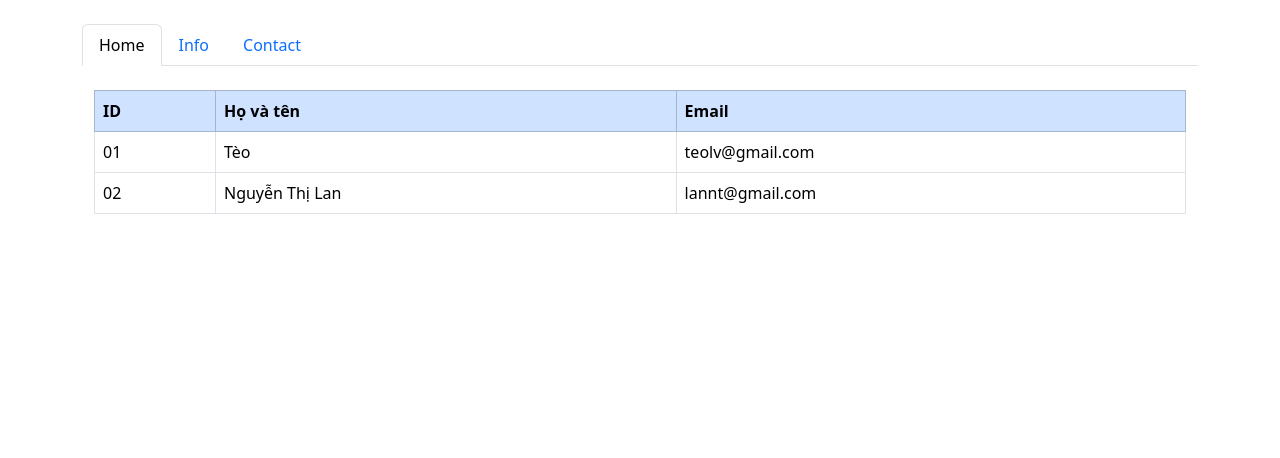
Repository: KizukoHeiwa/SOF308
Page: SOF308Slide2/Tabs copy.html
An editor plug-in stored every save of this project. The page is shown before and after the next save, followed by the edit.
The browser window is 1280 px wide. The pictures show the whole page.

Above is the page before, as saved 2024-11-05 10:08:25.

### SOF308Slide2/Tabs copy.html
<!DOCTYPE html>
<html>
  <head>
    <title>Bootstrap 5</title>
    <meta charset="utf-8">
    <meta name="viewport" content="width=device-width, initial-scale=1">
    <!-- Bootstrap css -->
    <link href="css/bootstrap.min.css" rel="stylesheet">
    <!-- Bootstrap JS-->
    <script src="js/bootstrap.bundle.min.js"></script>
  </head>
  <body>
    <div class="container">
      <br>
      <!-- Nav tabs -->
      <ul class="nav nav-tabs" role="tablist">
        <li class="nav-item">
          <a class="nav-link active" data-bs-toggle="tab" href="#home">Home</a>
        </li>
        <li class="nav-item">
          <a class="nav-link" data-bs-toggle="tab" href="#info">Info</a>
        </li>
        <li class="nav-item">
          <a class="nav-link" data-bs-toggle="tab" href="#contact">Contact</a>
        </li>

      </ul>
      <!-- Tab panes -->
      <div class="tab-content">
        <div id="home" class="container tab-pane active"><br>
          <table class="table table-bordered">
            <thead class="table-primary">
              <tr>
                <th>ID</th>
                <th>Họ và tên</th>
                <th>Email</th>
              </tr>
            </thead>
            <tbody>
              <tr>
                <td>01</td>
                <td>Tèo</td>
                <td>teolv@gmail.com</td>
              </tr>
              <tr>
                <td>02</td>
                <td>Nguyễn Thị Lan</td>
                <td>lannt@gmail.com</td>
              </tr>
            </tbody>
          </table>
        </div>
        <div id="contact" class="container tab-pane fade"><br>
          <p>
            <form class="row g-3">
              <div class="col-md-6">
                <label for="inputEmail4" class="form-label">Email</label>
                <input type="email" class="form-control" id="inputEmail4">
              </div>
              <div class="col-md-6">
                <label for="inputPassword4" class="form-label">Password</label>
                <input type="password" class="form-control" id="inputPassword4">
              </div>
              <div class="col-12">
                <label for="inputAddress" class="form-label">Address</label>
                <input type="text" class="form-control" id="inputAddress" placeholder="1234 Main St">
              </div>
              <div class="col-12">
                <label for="inputAddress2" class="form-label">Address 2</label>
                <input type="text" class="form-control" id="inputAddress2" placeholder="Apartment, studio, or floor">
              </div>
              <div class="col-md-6">
                <label for="inputCity" class="form-label">City</label>
                <input type="text" class="form-control" id="inputCity">
              </div>
              <div class="col-md-4">
                <label for="inputState" class="form-label">State</label>
                <select id="inputState" class="form-select">
                  <option selected>Choose...</option>
                  <option>...</option>
                </select>
              </div>
              <div class="col-md-2">
                <label for="inputZip" class="form-label">Zip</label>
                <input type="text" class="form-control" id="inputZip">
              </div>
              <div class="col-12">
                <div class="form-check">
                  <input class="form-check-input" type="checkbox" id="gridCheck">
                  <label class="form-check-label" for="gridCheck">
                    Check me out
                  </label>
                </div>
              </div>
              <div class="col-12">
                <button type="submit" class="btn btn-primary">Sign in</button>
              </div>
            </form>
          </p>
        </div>
        <div id="info" class="container tab-pane fade"><br>
          <p>
            <form>
              <div class="mb-3">
                <label class="form-label">Email address:</label>
                <input type="email" class="form-control" placeholder="name@example.com">
              </div>
              <div class="mb-3">
                <label class="form-label">Example textarea:</label>
                <textarea class="form-control" rows="3"></textarea>
              </div>
            </form>
          </p>
      </div>
      </div>

    </div>
  </body>
</html>

Loaded but not shown: SOF308Slide2/css/bootstrap.min.css (library); SOF308Slide2/js/bootstrap.bundle.min.js (library)

After the next save:
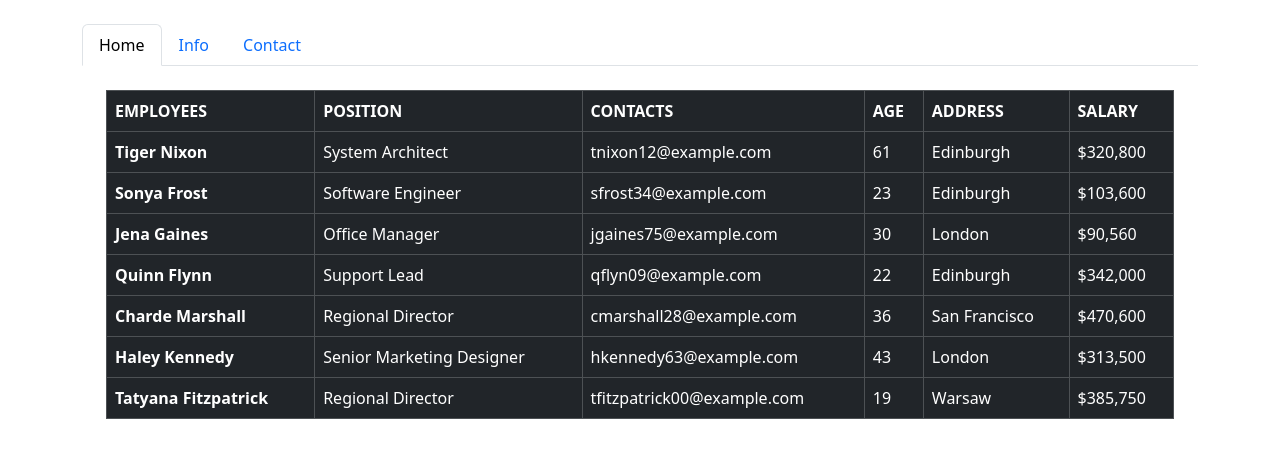
Saved 105 s later.
--- a/SOF308Slide2/Tabs copy.html
+++ b/SOF308Slide2/Tabs copy.html
@@ -28,27 +28,90 @@
       <!-- Tab panes -->
       <div class="tab-content">
         <div id="home" class="container tab-pane active"><br>
-          <table class="table table-bordered">
-            <thead class="table-primary">
-              <tr>
-                <th>ID</th>
-                <th>Họ và tên</th>
-                <th>Email</th>
-              </tr>
-            </thead>
-            <tbody>
-              <tr>
-                <td>01</td>
-                <td>Tèo</td>
-                <td>teolv@gmail.com</td>
-              </tr>
-              <tr>
-                <td>02</td>
-                <td>Nguyễn Thị Lan</td>
-                <td>lannt@gmail.com</td>
-              </tr>
-            </tbody>
-          </table>
+          <section class="intro">
+            <div class="gradient-custom-2 h-100">
+              <div class="mask d-flex align-items-center h-100">
+                <div class="container">
+                  <div class="row justify-content-center">
+                    <div class="col-12">
+                      <div class="table-responsive">
+                        <table class="table table-dark table-bordered mb-0">
+                          <thead>
+                            <tr>
+                              <th scope="col">EMPLOYEES</th>
+                              <th scope="col">POSITION</th>
+                              <th scope="col">CONTACTS</th>
+                              <th scope="col">AGE</th>
+                              <th scope="col">ADDRESS</th>
+                              <th scope="col">SALARY</th>
+                            </tr>
+                          </thead>
+                          <tbody>
+                            <tr>
+                              <th scope="row">Tiger Nixon</th>
+                              <td>System Architect</td>
+                              <td>tnixon12@example.com</td>
+                              <td>61</td>
+                              <td>Edinburgh</td>
+                              <td>$320,800</td>
+                            </tr>
+                            <tr>
+                              <th scope="row">Sonya Frost</th>
+                              <td>Software Engineer</td>
+                              <td>sfrost34@example.com</td>
+                              <td>23</td>
+                              <td>Edinburgh</td>
+                              <td>$103,600</td>
+                            </tr>
+                            <tr>
+                              <th scope="row">Jena Gaines</th>
+                              <td>Office Manager</td>
+                              <td>jgaines75@example.com</td>
+                              <td>30</td>
+                              <td>London</td>
+                              <td>$90,560</td>
+                            </tr>
+                            <tr>
+                              <th scope="row">Quinn Flynn</th>
+                              <td>Support Lead</td>
+                              <td>qflyn09@example.com</td>
+                              <td>22</td>
+                              <td>Edinburgh</td>
+                              <td>$342,000</td>
+                            </tr>
+                            <tr>
+                              <th scope="row">Charde Marshall</th>
+                              <td>Regional Director</td>
+                              <td>cmarshall28@example.com</td>
+                              <td>36</td>
+                              <td>San Francisco</td>
+                              <td>$470,600</td>
+                            </tr>
+                            <tr>
+                              <th scope="row">Haley Kennedy</th>
+                              <td>Senior Marketing Designer</td>
+                              <td>hkennedy63@example.com</td>
+                              <td>43</td>
+                              <td>London</td>
+                              <td>$313,500</td>
+                            </tr>
+                            <tr>
+                              <th scope="row">Tatyana Fitzpatrick</th>
+                              <td>Regional Director</td>
+                              <td>tfitzpatrick00@example.com</td>
+                              <td>19</td>
+                              <td>Warsaw</td>
+                              <td>$385,750</td>
+                            </tr>
+                          </tbody>
+                        </table>
+                      </div>
+                    </div>
+                  </div>
+                </div>
+              </div>
+            </div>
+          </section>
         </div>
         <div id="contact" class="container tab-pane fade"><br>
           <p>
